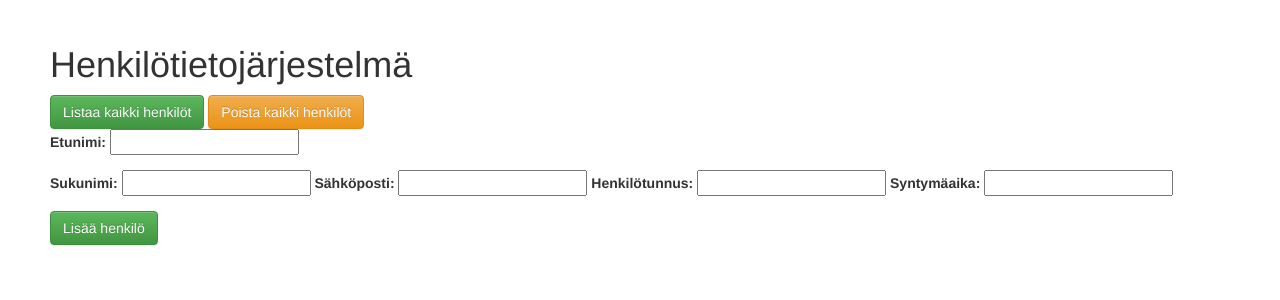
Repository: kuoppal3/henkilotietojarjestelma
Page: http://localhost/
The author's editor kept a record of every edit. The page is drawn from the files as they stood at one moment, then again after the next edit.
The browser window is 1280 px wide. The pictures show the whole page.
The page is served by the project's Node server (server.js). Other server files are loaded and not shown.

Above is the page before.
Console error (its wording comes from the project's code and is left out).

### views/index.ejs
    <% include header %>
    <body>
        <h1>Henkilötietojärjestelmä</h1>
        <a class="btn btn-success" href="/people">Listaa kaikki henkilöt</a>

        <a class="btn btn-warning">Poista kaikki henkilöt</a>

        <!-- form to add a person -->
        <form action="/people" method="POST">
            <label for="etunimi">Etunimi:</label>
            <input type="etunimi" class="form-group"> <br>

            <label for="sukunimi">Sukunimi:</label>
            <input type="sukunimi" class="form-group">

            <label for="">Sähköposti:</label>
            <input type="sähköposti" class="form-group">

            <label for="henkilotunnus">Henkilötunnus:</label>
            <input type="henkilotunnus" class="form-group">

            <label for="syntymaaika">Syntymäaika:</label>
            <input type="syntymaaika" class="form-group">

            <input type="submit" class="btn btn-success" value="Lisää henkilö">
        </form>
    </body>

<!-- close html from header -->
</html>

### views/header.ejs
<html>
    <head>
        <title>Henkilötietojärjestelmä</title>
        <link rel="stylesheet" href="/stylesheets/bootstrap.min.css">
        <link rel="stylesheet" href="/stylesheets/bootstrap-theme.min.css">
    </head>
    <style>
        body {
            padding-top: 25px;
            padding-left: 50px;
        }
    </style>
    <script src="/javascripts/bootstrap.min.js"></script>
    <script src="/javascripts/jquery-2.1.3.min.js"></script>

### server.js
//
// Henkilötietojärjestelmä server
//

var http = require('http');
var path = require('path');

var express = require('express');
var routes = require('./routes')
  , people = require('./routes/people');

var app = express();

app.set('port', process.env.PORT);
app.set('views', path.join(__dirname, 'views'));
// Use ejs as a view engine
app.set('view engine', 'ejs');

var bodyParser = require('body-parser');
app.use(bodyParser.urlencoded({
  extended: true
}));
app.use(bodyParser.json());

app.use(express.static(path.join(__dirname, 'public')));

// Middleware for 404
//app.use(function(req, res) {
// res.status(400);
//  res.render('404');
//});

// Database connection
//var mongoose = require("mongoose");
// Local db
//mongoose.connect('mongodb://' + process.env.IP + '/data');

//var db = mongoose.connection;
//db.once('open', function callback () {
//  console.log("db connected");
//});

// Routes
app.get('/', routes.index);

app.get('/people', people.list);
app.post('/people', people.add);
app.delete('/people', people.deleteAll);

app.get('/people/:id', people.getOne);
app.put('/people/:id', people.edit);
app.delete('/people/:id', people.deleteOne);

http.createServer(app).listen(app.get('port'), function(){
  console.log('Express server listening on port ' + app.get('port'));
});

### routes/index.js
exports.index = function(req, res) {
    res.render('index');
};

Loaded but not shown: public/stylesheets/bootstrap.min.css (library); public/stylesheets/bootstrap-theme.min.css (library); public/javascripts/bootstrap.min.js (library); public/javascripts/jquery-2.1.3.min.js (library)

After the next edit:
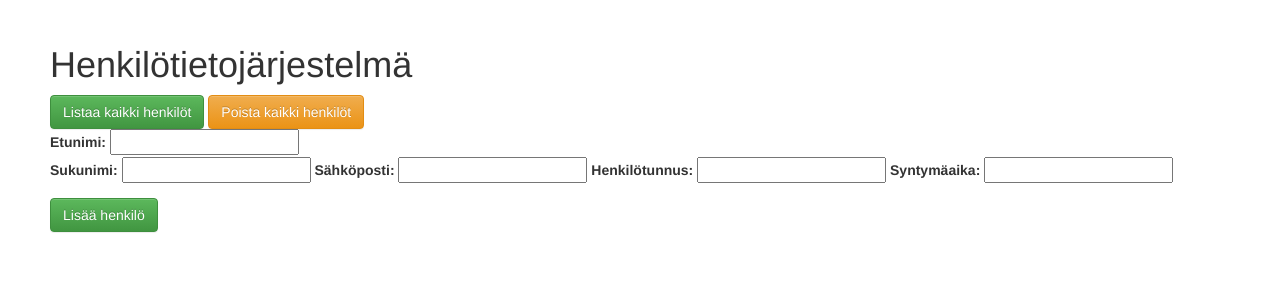
The edit:
--- a/views/index.ejs
+++ b/views/index.ejs
@@ -8,7 +8,7 @@
         <!-- form to add a person -->
         <form action="/people" method="POST">
             <label for="etunimi">Etunimi:</label>
-            <input type="etunimi" class="form-group"> <br>
+            <input type="etunimi"> <br>
 
             <label for="sukunimi">Sukunimi:</label>
             <input type="sukunimi" class="form-group">
